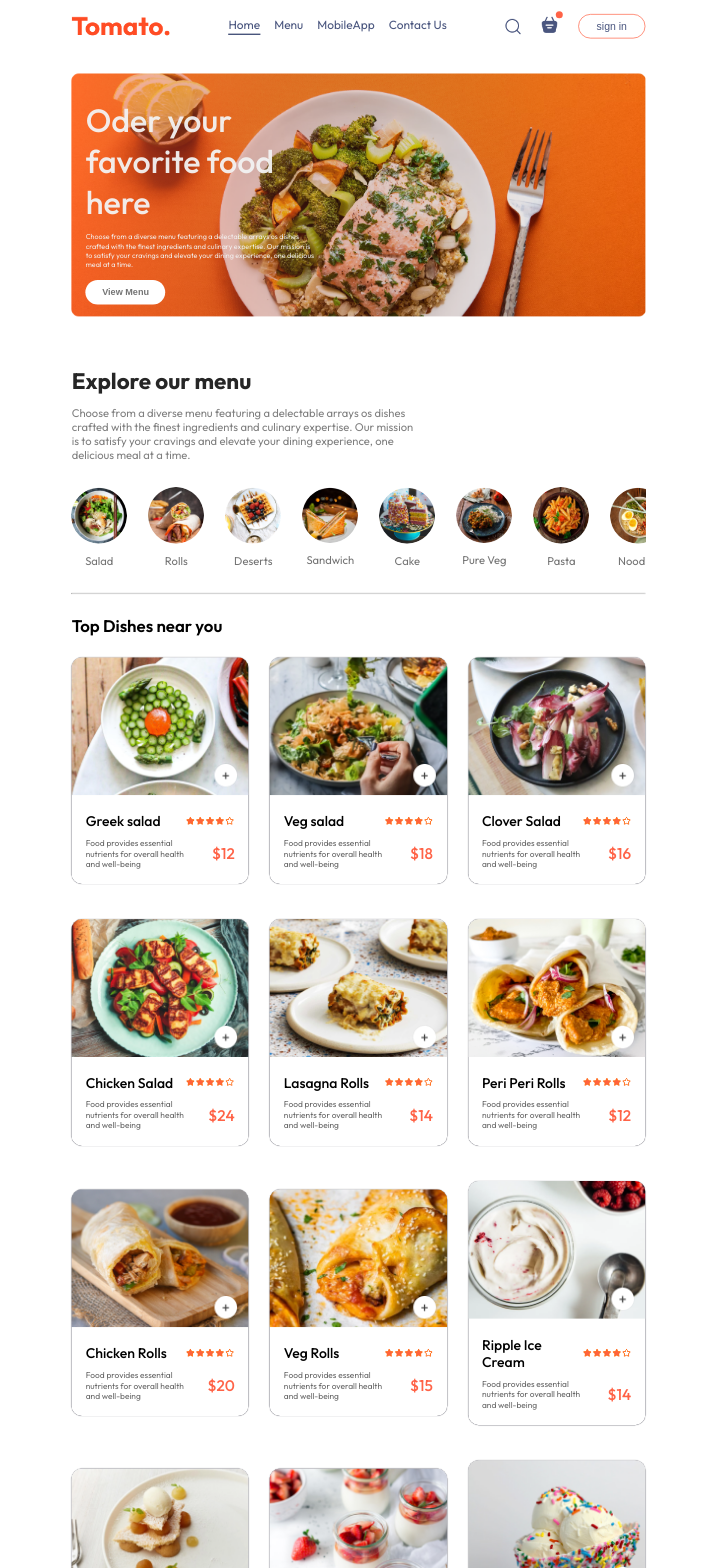
Repository: guilhermecardoso93/tomato-front-end
Page: /
An editor plug-in stored every save of this project. The page is shown before and after the next save, followed by the edit.
The browser window is 1024 px wide. The pictures show the part of the page from y = 0 to 2240 px (the page is 5897 px tall before and 5856 px after), at 70% of full size.
The project was rebuilt for these pictures with package versions that can differ from the ones it lists, and the page was loaded fresh each time. Also part of the build but not shown: vite.config.js, src/pages/Cart/styles.css, src/pages/Cart/index.jsx, src/pages/PlaceOrder/styles.css, src/pages/PlaceOrder/index.jsx.

Above is the page before, as saved 2024-10-31 19:29:08.

### index.html
<!doctype html>
<html lang="en">

<head>
    <meta charset="UTF-8" />
    <link rel="icon" type="image/svg+xml" href="" />
    <link rel="preconnect" href="https://fonts.googleapis.com">
    <link rel="preconnect" href="https://fonts.gstatic.com" crossorigin>
    <link href="https://fonts.googleapis.com/css2?family=Inter:ital,opsz,wght@0,14..32,100..900;1,14..32,100..900&family=Outfit:wght@100..900&display=swap" rel="stylesheet">
    <meta name="viewport" content="width=device-width, initial-scale=1.0" />
    <title>Tomato</title>
</head>

<body>
    <div id="root"></div>
    <script type="module" src="/src/main.jsx"></script>
</body>

</html>

### src/main.jsx
import { StrictMode } from "react";
import { createRoot } from "react-dom/client";
import "./index.css";
import { App } from "./App.jsx";
import { BrowserRouter } from "react-router-dom";
import StoreContextProvider from "./context/StoreContext.jsx";

createRoot(document.getElementById("root")).render(
  <BrowserRouter>
    <StoreContextProvider>
      <App />
    </StoreContextProvider>
  </BrowserRouter>
);

### src/index.css
* {
  padding: 0;
  margin: 0;
  box-sizing: border-box;
}

body {
  min-height: 100vh;
  font-family: "Outfit", sans-serif;
}

a {
  text-decoration: none;
  color: inherit;
}

.app {
  width: 80%;
  margin: auto;
  margin-bottom: 2rem;
}

@keyframes fadeIn {
  0% {
    opacity: 0;
  }

  100% {
    opacity: 1;
  }
}

### src/App.jsx
import { Routes, Route } from "react-router-dom";
import { Navbar } from "./components/Navbar";

import { Home } from "./pages/Home";
import { Cart } from "./pages/Cart";
import { PlaceOrder } from "./pages/PlaceOrder";
import { Footer } from "./components/Footer";

export function App() {
  return (
    <>
      <div className="app">
        <Navbar />
        <Routes>
          <Route path="/" element={<Home />} />
          <Route path="/cart" element={<Cart />} />
          <Route path="/order" element={<PlaceOrder />} />
        </Routes>
      </div>
      <Footer />
    </>
  );
}

### src/context/StoreContext.jsx
import { createContext, useEffect, useState } from "react";
import { food_list } from "../assets/assets";

export const StoreContext = createContext(null);

const StoreContextProvider = (props) => {
  const [cartItems, setCartItems] = useState({});

  const addCart = (itemId) => {
    if (!cartItems[itemId]) {
      setCartItems((prev) => ({ ...prev, [itemId]: 1 }));
    } else {
      setCartItems((prev) => ({ ...prev, [itemId]: prev[itemId] + 1 }));
    }
  };

  const removeFromCart = (itemId) => {
    setCartItems((prev) => ({ ...prev, [itemId]: prev[itemId] - 1 }));
  };

  const contextValue = {
    food_list,
    cartItems,
    setCartItems,
    addCart,
    removeFromCart,
  };

  useEffect(() => {
    console.log(cartItems);
  }, [cartItems]);

  return (
    <StoreContext.Provider value={contextValue}>
      {props.children}
    </StoreContext.Provider>
  );
};

export default StoreContextProvider;

### src/components/Navbar/index.jsx
import { useState } from "react";
import { assets } from "../../assets/assets";
import "./styles.css";

export const Navbar = () => {
  const [menu, setMenu] = useState("Home");

  return (
    <div className="navbar">
      <img src={assets.logo} alt="Logo" className="logo" />
      <ul className="navbar-menu">
        <li
          onClick={() => setMenu("Home")}
          className={menu === "Home" ? "active" : ""}
        >
          Home
        </li>
        <li
          onClick={() => setMenu("Menu")}
          className={menu === "Menu" ? "active" : ""}
        >
          Menu
        </li>
        <li
          onClick={() => setMenu("MobileApp")}
          className={menu === "MobileApp" ? "active" : ""}
        >
          MobileApp
        </li>
        <li
          onClick={() => setMenu("Contact Us")}
          className={menu === "Contact Us" ? "active" : ""}
        >
          Contact Us
        </li>
      </ul>
      <div className="navbar-right">
        <img src={assets.search_icon} alt="" />
        <div className="navbar-search-icon">
          <img src={assets.basket_icon} alt="" />
          <div className="dot"></div>
        </div>
        <button>sign in</button>
      </div>
    </div>
  );
};

### src/pages/Home/index.jsx
import { useState } from "react";
import { ExplorerMenu } from "../../components/ExplorerMenu";
import { Header } from "../../components/Header";
import "./styles.css";
import { FoodDisplay } from "../../components/FoodDisplay/Index";
import { AppDownload } from "../../components/AppDownload";

export const Home = () => {
  const [category, setCategory] = useState("All");

  return (
    <div>
      <Header />
      <ExplorerMenu category={category} setCategory={setCategory} />
      <FoodDisplay category={category} />
      <AppDownload />
    </div>
  );
};

### src/components/Footer/index.jsx
import { assets } from "../../assets/assets";
import "./styles.css";

export const Footer = () => {
  return (
    <footer id="footer">
      <div className="footer-container">
        <div className="footer-left">
          <img src={assets.logo} alt="" />
          <p>
            Lorem ipsum dolor sit amet, consectetur adipiscing elit. Vestibulum
            quis pellentesque erat, id dignissim dolor. Aliquam pulvinar erat et
            lacus dapibus, ornare viverra ipsum euismod. Suspendisse neque leo,
            iaculis et facilisis non, fringilla sit amet massa.
          </p>
          <div className="footer-social-icons">
            <img src={assets.facebook_icon} alt="" />
            <img src={assets.twitter_icon} alt="" />
            <img src={assets.linkedin_icon} alt="" />
          </div>
        </div>
        <div className="footer-center">
          <h2>COMPANY</h2>
          <ul>
            <li>Home</li>
            <li>About Us</li>
            <li>Delivery</li>
            <li>Privacy Policy</li>
          </ul>
        </div>
        <div className="footer-right">
          <h2>GET IN TOUCH</h2>
          <ul>
            <li>+1-2222-2222</li>
            <li>tomato@restaurant.com</li>
          </ul>
        </div>
      </div>
      <hr />
      <p className="footer-copy-rights">
        Copyrights 2024 Tomato.com - All rights reserved.
      </p>
    </footer>
  );
};

### src/components/Navbar/styles.css
.navbar {
  padding: 20px 0px;
  display: flex;
  justify-content: space-between;
  align-items: center;
}

.navbar .logo {
  width: 150px;
}

.navbar-menu {
  display: flex;
  list-style: none;
  gap: 20px;
  color: #49557e;
  font-size: 18px;
}

.navbar li {
  cursor: pointer
}

.navbar-right {
  display: flex;
  align-items: center;
  gap: 40px;
}

.navbar button {
  background: transparent;
  font-size: 15px;
  color: #49557e;
  border: 1px solid tomato;
  padding: 10px 30px;
  border-radius: 50px;
  cursor: pointer;
  transition: 0.3s;
}

.navbar button:hover {
  background: #fff4f2;
}

.navbar .active {
  padding-bottom: 2px;
  border-bottom: 2px solid #49557c;
}

.navbar-search-icon {
  position: relative;
}

.navbar-search-icon .dot {
  position: absolute;
  min-width: 10px;
  min-height: 10px;
  background-color: tomato;
  border-radius: 5px;
  top: -8px;
  right: -8px;
}

@media (max-width:1050px) {
  .navbar .logo {
    width: 140px;
  }

  .navbar-menu {
    gap: 20px;
    font-size: 17px;
  }

  .navbar-right {
    gap: 30px;
  }

  .navbar-right img {
    width: 22px;
  }

  .navbar-right button {
    padding: 8px 25px;
  }
}

@media (max-width:900px) {
  .navbar .logo {
    width: 120px;
  }

  .navbar-menu {
    gap: 15px;
    font-size: 16px;
  }

  .navbar-right {
    gap: 20px;
  }

  .navbar-right img {
    width: 20px;
  }

  .navbar-right button {
    padding: 7px 20px;
    font-size: 15px;
  }
}

@media (max-width:750px) {
  .navbar-menu {
    display: none;
  }
}

/*
.navbar-profile {
  position: relative;
}

.nav-profile-dropdown {
  position: absolute;
  display: none;
  right: 0;
  z-index: 1;
}

.navbar-profile:hover .nav-profile-dropdown {
  display: flex;
  flex-direction: column;
  gap: 10px;
  background-color: #fff2ef;
  padding: 12px 25px;
  border-radius: 4px;
  border: 1px solid tomato;
  outline: 2px solid white;
  list-style: none;
}


:root .navbar-profile:hover .nav-profile-dropdown {
  color: white;
  background-color: var(--body-color);
  border: 1px solid tomato;
  outline: 2px solid white;
}

.lightcolors .navbar-profile:hover .nav-profile-dropdown {
  color: black;
  background-color: #fff2ef;
  border: 1px solid tomato;
  outline: 2px solid white;
}

.nav-profile-dropdown li {
  display: flex;
  align-items: center;
  gap: 10px;
  cursor: pointer;
}

.nav-profile-dropdown img {
  width: 20px;
}

.nav-profile-dropdown li:hover {
  color: tomato;
}

#visual-toggle-button {
  width: 37px;
  height: 37px;
  display: flex;
  align-items: center;
  justify-content: center;
  position: relative;
  border: 1px solid var(--border-color);
  border-radius: 5px;
  cursor: pointer;
}

#visual-toggle {
  appearance: none;
  display: none;
}

.svgIcon-toggle {
  width: 25px;
}

.moon-svg {
  width: 13px;
  position: absolute;
  transition: all .3s;
}

.sun-svg {
  opacity: 0;
  transition: all .3s;
}

.lightmode .sun-svg {
  filter: brightness(0);
  transform: rotate(180deg);
  opacity: 1;
}

.lightmode .moon-svg {
  opacity: 0;
}

.animate .moon-svg {
  transform: rotate(360deg);
  transition: all .3s;
}


:root {
  --input-color: black;
--background-root: black;
--border-root: 2px solid white;
--padding-root: 10px;
--upload: brightness(1) invert(1);
--logos-filter: brightness(0) invert(1);
--sidebar: black;
--border-color: #27272a;
--nav-color-one: #0d0d179a;
--nav-color-two: #0d0618;
--body-color: #121212;
--dark-text: #101010;
--light-text: #ffffff;
--light-text-secondary: #b9b9b9;
--light-text-desc: #d8d8d8;
}

.lightcolors {
  --sidebar: #fff0ed;
  --body-color: #FFFFFF;
  --dark-text: #fff;
  --light-text: #101010;
  --nav-color-two: #f6f6f2;
  --nav-color-one: #f1f1f17e;
  --border-color: #ddd;
  --light-text-secondary: #464853;
  --light-text-desc: #020202;
  --cards-text-color: #fff;
}

:root .logo {
  filter: var(--logos-filter);
}

.lightcolors .logo {
  filter: none;
}

:root .navbar-menu .active {
  border-bottom: 2px solid white;
}

.lightcolors .navbar-menu .active {
  border-bottom: 2px solid #49557e;
}


:root .navbar-menu {
  color: white;
}

.lightcolors .navbar-menu {
  color: #49557e;
}

:root .basketlogo {
  filter: var(--logos-filter);
}

.lightcolors .basketlogo {
  filter: none;
}

:root img.white-filter {
  filter: var(--logos-filter);
}

.lightcolors img.white-filter {
  filter: none;
}

:root .signbutton {
  color: white
}

:root .signbutton:hover {
  color: black;
}



.lightcolors .signbutton {
  color: #49557e;
}



 */

### src/components/ExplorerMenu/index.jsx
import { menu_list } from "../../assets/assets";

import "./styles.css";

export const ExplorerMenu = ({ category, setCategory }) => {
  return (
    <div className="explorer-menu" id="explore-menu">
      <h1>Explore our menu</h1>
      <p className="explore-menu-text">
        Choose from a diverse menu featuring a delectable arrays os dishes
        crafted with the finest ingredients and culinary expertise. Our mission
        is to satisfy your cravings and elevate your dining experience, one
        delicious meal at a time.
      </p>
      <div className="explore-menu-list">
        {menu_list.map((item, index) => {
          return (
            <div
              className="explore-menu-list-item"
              key={index}
              onClick={() =>
                setCategory((prev) =>
                  prev === item.menu_name ? "All" : item.menu_name
                )
              }
            >
              <img
                src={item.menu_image}
                alt=""
                className={category === item.menu_name ? "active" : ""}
              />
              <p className={category === item.menu_name ? "active-text" : ""}>
                {item.menu_name}
              </p>
            </div>
          );
        })}
      </div>
      <hr />
    </div>
  );
};

### src/components/Header/index.jsx
import "./styles.css";

export const Header = () => {
  return (
    <div className="header">
      <div className="header-container">
        <h2>Oder your favorite food here</h2>
        <p>
          Choose from a diverse menu featuring a delectable arrays os dishes
          crafted with the finest ingredients and culinary expertise. Our
          mission is to satisfy your cravings and elevate your dining
          experience, one delicious meal at a time.
        </p>
        <button> View Menu</button>
      </div>
    </div>
  );
};

### src/components/FoodDisplay/Index.jsx
import { useContext } from "react";
import { StoreContext } from "../../context/StoreContext";
import { FoodItem } from "../FoodItem";

import "./styles.css";

export const FoodDisplay = ({ category }) => {
  const { food_list } = useContext(StoreContext);

  return (
    <div className="food-display" id="food-display">
      <h2>Top Dishes near you</h2>
      <div className="food-display-list">
        {food_list.map((item, index) => {
          if (category === "All" || category === item.category) {
            return (
              <FoodItem
                key={index}
                id={item._id}
                name={item.name}
                description={item.description}
                price={item.price}
                image={item.image}
              />
            );
          }
        })}
      </div>
    </div>
  );
};

### src/components/AppDownload/index.jsx
import { assets } from "../../assets/assets";

import "./styles.css";

export const AppDownload = () => {
  return (
    <div className="app-download" id="app-download">
      <p>
        For Better Experience Download <br /> TomatoApp
      </p>
      <div className="app-download-platforms">
        <img src={assets.play_store} alt="" />
        <img src={assets.app_store} alt="" />
      </div>
    </div>
  );
};

### src/components/Footer/styles.css
footer {
  color: #d9d9d9;
  background-color: #323232;
  display: flex;
  align-items: center;
  flex-direction: column;
  gap: 20px;
  padding: 20px 8vw;
  padding-top: 80px;
  margin-top: 40px;
}

.footer-container {
  width: 100%;
  display: grid;
  grid-template-columns: 2fr 1fr 1fr;
  gap: 50px;
}

.footer-left, .footer-right, .footer-center {
  display: flex;
  flex-direction: column;
  align-items: start;
  gap: 20px;
}

footer li {
  list-style: none;
  margin-bottom: 10px;
  cursor: pointer;
}

footer h2 {
  color: #f2f2f2;
}

.footer-social-icons {
  display: flex;
  gap: 15px;
  width: 40px;
  margin-right: 15px;
}

footer hr {
  width: 100%;
  height: 2px;
  margin: 10px 0;
  background-color: gray;
  border: none;
}

### src/components/ExplorerMenu/styles.css
.explorer-menu {
  display: flex;
  flex-direction: column;
  gap: 1rem;
}

.explorer-menu h1 {
  color: #262626;
  font-size: 500;
}

.explore-menu-text {
  max-width: 60%;
  color: #808080;
}

.explore-menu-list {
  display: flex;
  justify-content: space-between;
  align-items: center;
  gap: 30px;
  text-align: center;
  margin: 20px 0px;
  overflow-x: scroll;
}

.explore-menu-list::-webkit-scrollbar {
  display: none;
}

.explore-menu-list img {
  width: 7.5vw;
  min-width: 80px;
  cursor: pointer;
  border-radius: 50%;
  transition: 0.2s;
}

.explore-menu-list p {
  margin-top: 10px;
  color: #747474;
  font-size: max(1.4vw, 16px);
  cursor: pointer;
}

.explore-menu hr {
  margin: 10px 0px;
  height: 2px;
  background: #e2e2e2;
  border: none;
}

.explore-menu-list .active {
  border: 4px solid tomato;
  padding: 2px;
}

.explore-menu-list .active-text {
  color: tomato;
}

### src/components/Header/styles.css
.header {
  height: 34vw;
  margin: 30px auto;
  background: url('../../assets/header_img.png') no-repeat;
  background-size: contain;
  position: relative;
}

.header-container {
  position: absolute;
  display: flex;
  flex-direction: column;
  align-items: start;
  padding: 20px;
  gap: 1.5vw;
  max-width: 52%;
  bottom: 10%;
  animation: fadeIn 3s;
}

.header-container h2 {
  font-weight: 500;
  color: #f2f2f2f2;
  font-size: max(4.5vw, 22px);
}

.header-container p {
  color: #f2f2f2f2;
  font-size: 1vw;
}


.header-container button {
  border: none;
  color: #747474;
  font-weight: 700;
  padding: 1vw 2.3vw;
  background: white;
  font-size: max(1vw, 13px);
  border-radius: 50px;
}

@media (max-width:1050px) {
  .header {
    height: 38vw;
  }

  .header-container {
    max-width: 45%;
  }
}

@media (max-width:750px) {
  .header-container {
    max-width: 65%;
  }

  .header-container p {
    display: none;
  }

  .header-container button {
    padding: 2vw 4vw
  }
}

### src/components/FoodItem/index.jsx
import { useContext } from "react";
import { assets } from "../../assets/assets";
import "./styles.css";
import { StoreContext } from "../../context/StoreContext";

export const FoodItem = ({ id, name, price, description, image }) => {
  const { removeFromCart, addCart, cartItems } = useContext(StoreContext);

  return (
    <div className="food-item" id={id}>
      <div className="food-item-image-container">
        <img src={image} alt={name} className="food-item-image" />
        {!cartItems[id] ? (
          <img
            src={assets.add_icon_white}
            alt="Adicionar ao carrinho"
            className="add"
            onClick={() => addCart(id)}
          />
        ) : (
          <div className="food-item-counter">
            <img
              src={assets.remove_icon_red}
              alt="Remover do carrinho"
              onClick={() => removeFromCart(id)}
            />
            <p>{cartItems[id]}</p>
            <img
              src={assets.add_icon_green}
              alt="Adicionar ao carrinho"
              onClick={() => addCart(id)}
            />
          </div>
        )}
      </div>
      <div className="food-item-info">
        <div className="food-item-name-rating">
          <p>{name}</p>
          <img src={assets.rating_starts} alt="Rating" />
        </div>
        <div className="food-item-prices">
          <p className="food-item-description">{description}</p>
          <p className="food-item-price">${price}</p>
        </div>
      </div>
    </div>
  );
};

### src/components/FoodDisplay/styles.css
.food-display {
  margin-top: 30px;
}

.food-display h2 {
  font-size: max(2vw, 24px);
  font-weight: 600;
}


.food-display-list {
  display: grid;
  grid-template-columns: repeat(auto-fill, minmax(240px, 1fr));
  margin-top: 30px;
  gap: 30px;
  row-gap: 50px;
}

### src/components/AppDownload/styles.css
.app-download {
  margin: auto auto;
  margin-top: 100px;
  font-size: max(3vw, 20px);
  text-align: center;
  font-weight: 500;
}

.app-download-platforms {
  display: flex;
  justify-content: center;
  gap: max(3vw, 20px);
  margin-top: 40px;
}

.app-download-platforms img {
  width: max(30vw, 120px);
  max-width: 180px;
  transition: 0.5s;
  cursor: pointer;
}

.app-download-platforms img:hover {
  transform: scale(1.05);
}

### src/components/FoodItem/styles.css
.food-item {
  width: 100%;
  margin: auto;
  border-radius: 15px;
  box-shadow: 0px 0px 1px #000015;
  transition: 0.3s;
  animation: fadeIn 1s;
}

.food-item-image {
  width: 100%;
  border-radius: 15px 15px 0px 0px;
}

.food-item-image-container {
  position: relative;
}

.food-item-image-container .add {
  position: absolute;
  width: 35px;
  bottom: 15px;
  right: 15px;
  cursor: pointer;
  border-radius: 50%;
}

.food-item-counter {
  position: absolute;
  bottom: 15px;
  right: 15px;
  display: flex;
  align-items: center;
  gap: 10px;
  border-radius: 50px;
  background-color: #f2f2f2;
  padding: 3px;
  font-weight: 700;
}

.food-item-counter img {
  width: 30px;
}

.food-item-info {
  padding: 20px;
}

.food-item-name-rating {
  display: flex;
  justify-content: space-between;
  align-items: center;
  margin-bottom: 10px;
}

.food-item-name-rating p {
  font-size: 20px;
  font-weight: 500;
}

.food-item-name-rating img {
  width: 70px;
}

.food-item-prices {
  display: flex;
  justify-content: space-between;
  align-items: center;
  gap: 10px;
}

.food-item-description {
  color: #676767;
  font-size: 12px;
  width: 75%;
}

.food-item-price {
  color: tomato;
  font-size: 22px;
  font-weight: 500;
  margin: 10px 0;
}

Loaded but not shown: src/assets/assets.js (350 lines, source omitted); src/pages/Home/styles.css (no stored copy; drawn as an empty file)

After the next save:
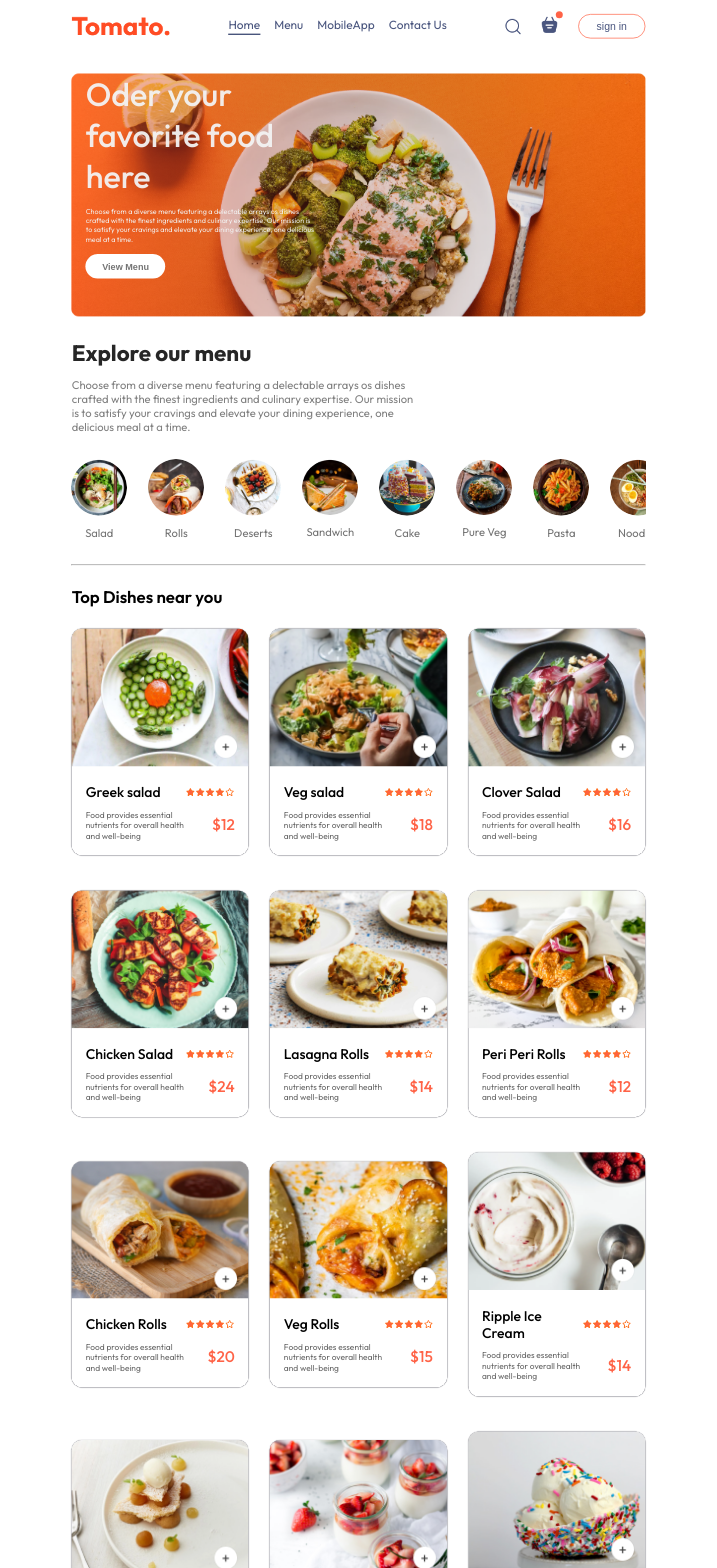
Saved 8 s later.
--- a/src/components/Header/styles.css
+++ b/src/components/Header/styles.css
@@ -41,9 +41,7 @@
 }
 
 @media (max-width:1050px) {
-  .header {
-    height: 38vw;
-  }
+
 
   .header-container {
     max-width: 45%;
